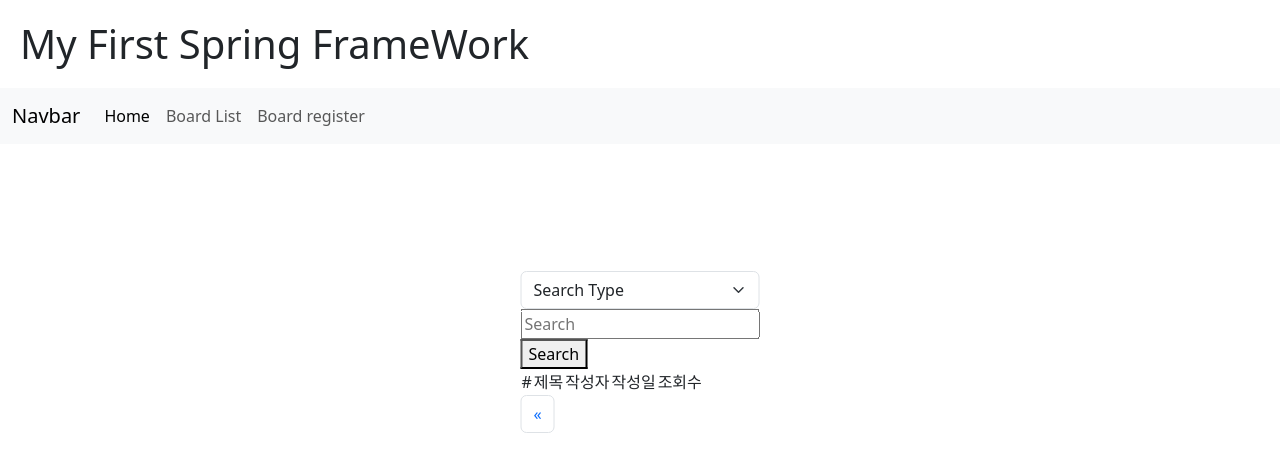
Repository: Leesunghoon1/springh
Page: http://localhost/springProject/WEB-INF/views/board/list.jsp
The author's editor kept a copy of each file at every save. The page is drawn from the files as they stood at one save, then again after the next save.
The browser window is 1280 px wide. The page is 1280 px wide, then 1288 px, so the pictures cover 1288 px, including what lies to the right of the window. The pictures show the whole page.
The page is served by Tomcat 9. Nobody is signed in. The template is opened directly, without the code that normally fills it, so the values that code supplies are empty.

Above is the page before, as saved 2023-11-02 10:20:09.

After the next save:
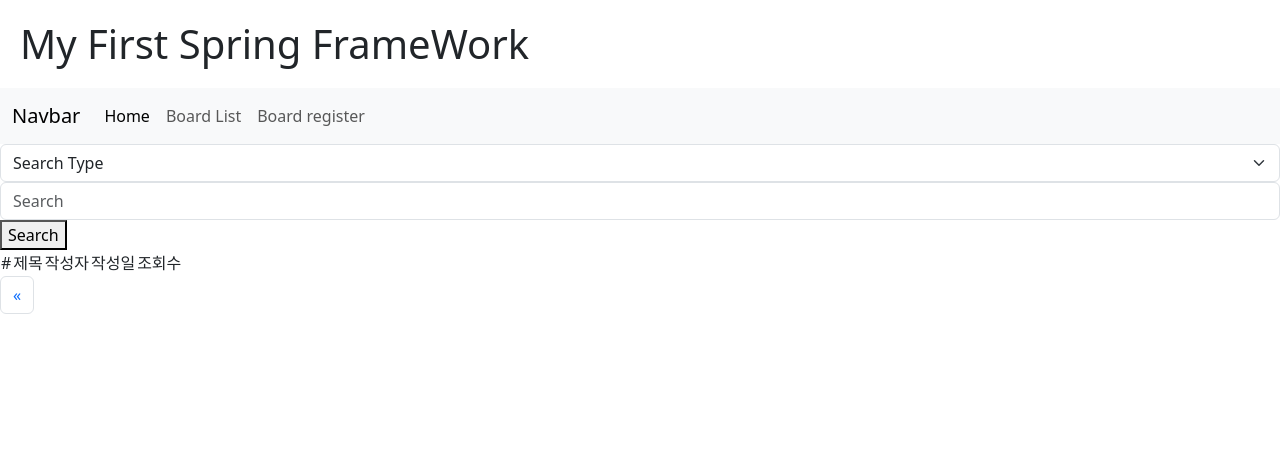
Saved 10 s later.
--- a/springProject/src/main/webapp/WEB-INF/views/board/list.jsp
+++ b/springProject/src/main/webapp/WEB-INF/views/board/list.jsp
@@ -13,7 +13,7 @@
 
 
 
-	<div class="position-absolute top-50 start-50 translate-middle">
+	<div >
 		<form action="/board/list">
 			<div class="search-box">
 				<!-- 검색영역 -->
@@ -33,7 +33,7 @@
 				</div>
 				<div>
 					<input name="keyword" value="${ph.pgvo.keyword}"
-						 type="search" placeholder="Search"
+						class="form-control me-2" type="search" placeholder="Search"
 						aria-label="Search"> <input type="hidden" name="pageNo"
 						value="1">
 					<!-- type 검색시 첫 페이지 화면으로 띄우기 -->
